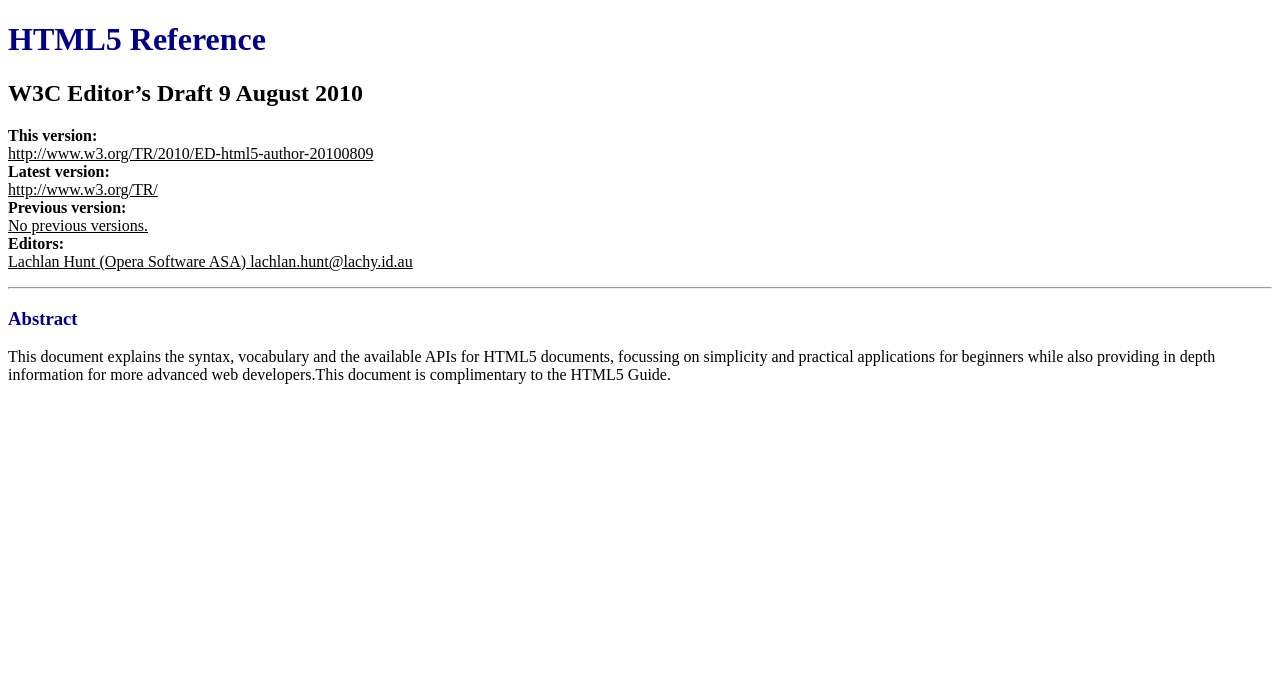
Repository: dnjs0/HCJ
Page: ClientTest/src/main/webapp/html/q5.html
The author's editor kept a copy of each file at every save. The page is drawn from the files as they stood at one save, then again after the next save.
The browser window is 1280 px wide. The pictures show the whole page.

Above is the page before, as saved 2025-02-11 08:35:03.

### ClientTest/src/main/webapp/html/q5.html
<!DOCTYPE html>
<html lang="ko">
<head>
	<meta charset="UTF-8">
	<title>Insert title here</title>
</head>
<body>
    <h1><font color = "darkblue">HTML5 Reference</font></h1>
    <h2>W3C Editor’s Draft 9 August 2010</h2>

    <p>
    <b>This version:</b><br>
    <u>http://www.w3.org/TR/2010/ED-html5-author-20100809</u><br>

    <b>Latest version:</b><br>
    <u>http://www.w3.org/TR/</u><br>

    <b>Previous version:</b><br>
    <u>No previous versions.</u><br>

    <b>Editors:</b><br>
    <u>Lachlan Hunt (Opera Software ASA) lachlan.hunt@lachy.id.au</u><br>
    </p>

    <hr>

    <h3><font color = "darkblue">Abstract</font></h3>
    <p>
    This document explains the syntax, vocabulary and the available APIs for HTML5 documents, focussing on simplicity and practical applications for beginners while also providing in depth information for more advanced web developers.This document is complimentary to the HTML5 Guide.
    </p>

</body>
</html>

After the next save:
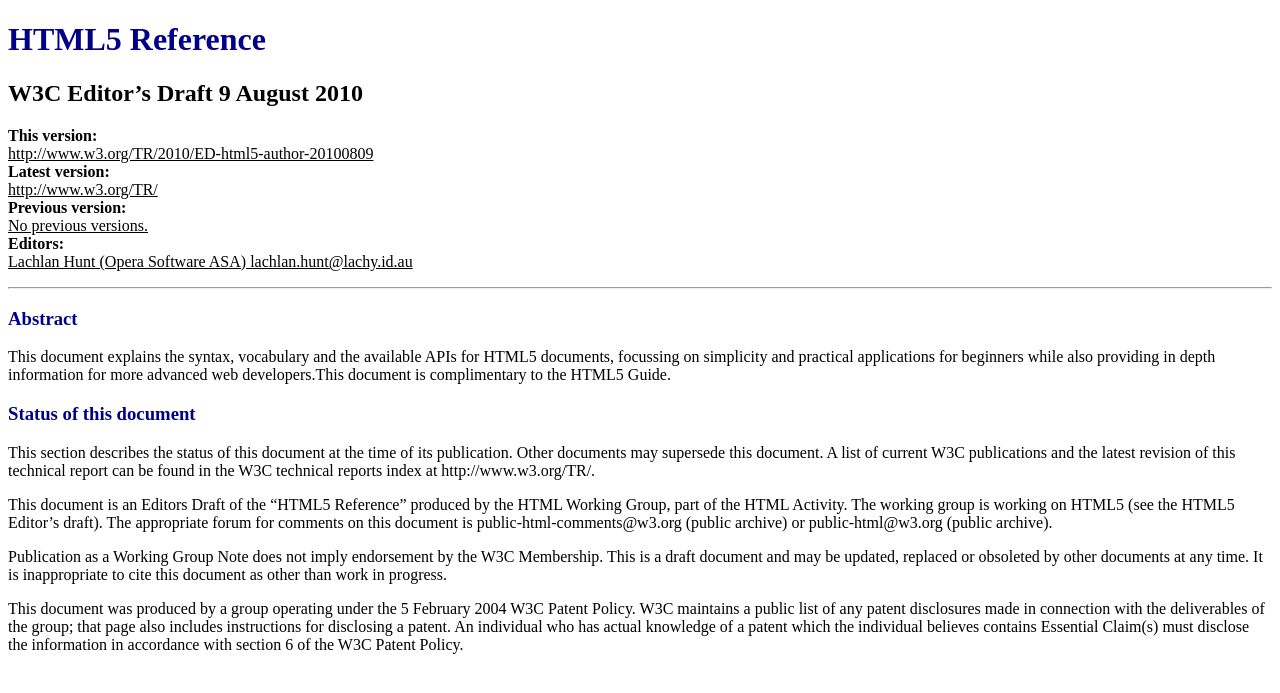
Saved 44 s later.
--- a/ClientTest/src/main/webapp/html/q5.html
+++ b/ClientTest/src/main/webapp/html/q5.html
@@ -29,5 +29,16 @@
     This document explains the syntax, vocabulary and the available APIs for HTML5 documents, focussing on simplicity and practical applications for beginners while also providing in depth information for more advanced web developers.This document is complimentary to the HTML5 Guide.
     </p>
 
+    <h3><font color = "darkblue">Status of this document</font></h3>
+    <p>
+    This section describes the status of this document at the time of its publication. Other documents may supersede this document. A list of current W3C publications and the latest revision of this technical report can be found in the W3C technical reports index at http://www.w3.org/TR/.
+    </p>
+
+    <p>This document is an Editors Draft of the “HTML5 Reference” produced by the HTML Working Group, part of the HTML Activity. The working group is working on HTML5 (see the HTML5 Editor’s draft). The appropriate forum for comments on this document is public-html-comments@w3.org (public archive) or public-html@w3.org (public archive).</p>
+
+    <p>Publication as a Working Group Note does not imply endorsement by the W3C Membership. This is a draft document and may be updated, replaced or obsoleted by other documents at any time. It is inappropriate to cite this document as other than work in progress.</p>
+
+    <p>This document was produced by a group operating under the 5 February 2004 W3C Patent Policy. W3C maintains a public list of any patent disclosures made in connection with the deliverables of the group; that page also includes instructions for disclosing a patent. An individual who has actual knowledge of a patent which the individual believes contains Essential Claim(s) must disclose the information in accordance with section 6 of the W3C Patent Policy.</p>
+
 </body>
 </html>
